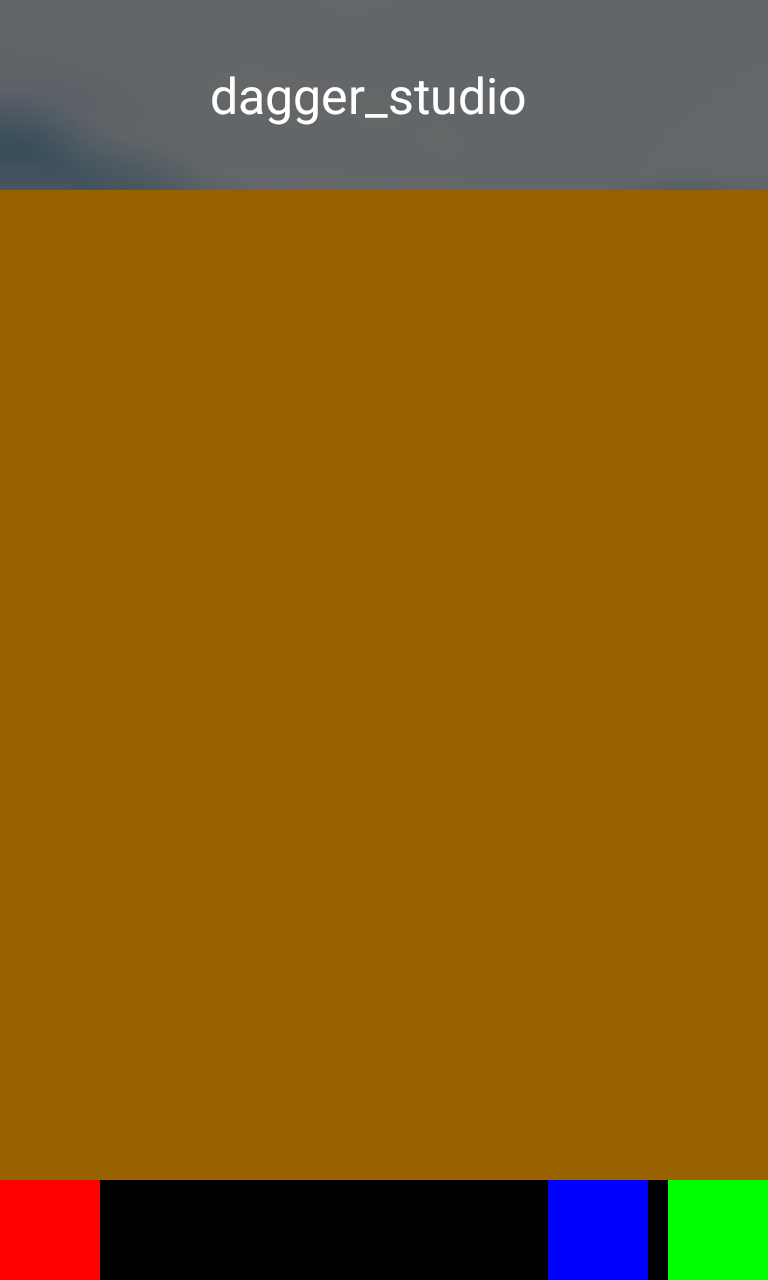
Repository: zhaoguoquan94/Purified
Layout: Android/Purified/res/layout/activity_main_drawer.xml
The author's editor kept a copy of each file at every save. The layout is drawn from the files as they stood at one save, then again after the next save.
It is drawn on a 768 x 1280 px phone screen (xhdpi) without system bars, with theme android:Theme; the app's code is not run.

Above is the layout before, as saved 2014-07-02 06:38:50.

### Android/Purified/res/layout/activity_main_drawer.xml
<?xml version="1.0" encoding="utf-8"?>
<LinearLayout xmlns:android="http://schemas.android.com/apk/res/android"
    android:layout_width="match_parent"
    android:layout_height="match_parent"
    android:background="@drawable/drawer_back"
    android:orientation="vertical" >

    <LinearLayout
        android:id="@+id/drawer_header"
        android:layout_width="match_parent"
        android:layout_height="95dp"
        android:layout_gravity="center"
        android:orientation="horizontal" >

        <ImageView
            android:id="@+id/avatar_drawer"
            android:layout_width="75dp"
            android:layout_height="75dp"
            android:layout_margin="10dp"
            />

        <TextView
            android:id="@+id/username_drawer"
            android:layout_width="wrap_content"
            android:layout_height="wrap_content"
            android:layout_gravity="center"
            android:layout_marginLeft="10dp"
            android:text="dagger_studio"
            android:textColor="#FFFFFF"
            android:textSize="25sp" />
    </LinearLayout>


    <ScrollView
        android:id="@+id/scroller_drawer"
        android:layout_width="match_parent"
        android:layout_height="match_parent"
        android:layout_weight="0.44"
        android:background="#986200"
        >
    </ScrollView>
    <!-- 中部滚动目录 -->

    <RelativeLayout
        android:layout_width="match_parent"
        android:layout_height="50dp"
        android:background="#000000"
        android:id="@+id/bottomBar_drawer"
		>

        <Button
            android:id="@+id/settingButton_drawer"
            android:layout_width="50dp"
            android:layout_height="50dp"
            android:layout_gravity="left"
            android:background="#FF0000" />

        <Button
            android:id="@+id/refreshButton_drawer"
            android:layout_width="50dp"
            android:layout_height="50dp"
			android:layout_alignParentTop="true"
            android:layout_toLeftOf="@+id/searchButton_drawer"
            android:layout_marginRight="10dp"
            android:background="#0000FF" />

        <Button
            android:id="@+id/searchButton_drawer"
            android:layout_width="50dp"
            android:layout_height="50dp"
			android:layout_alignParentRight="true"
            android:layout_alignParentTop="true"
            android:background="#00FF00" />

    </RelativeLayout>
    <!-- 底部控制元件横栏 -->

</LinearLayout>

After the next save:
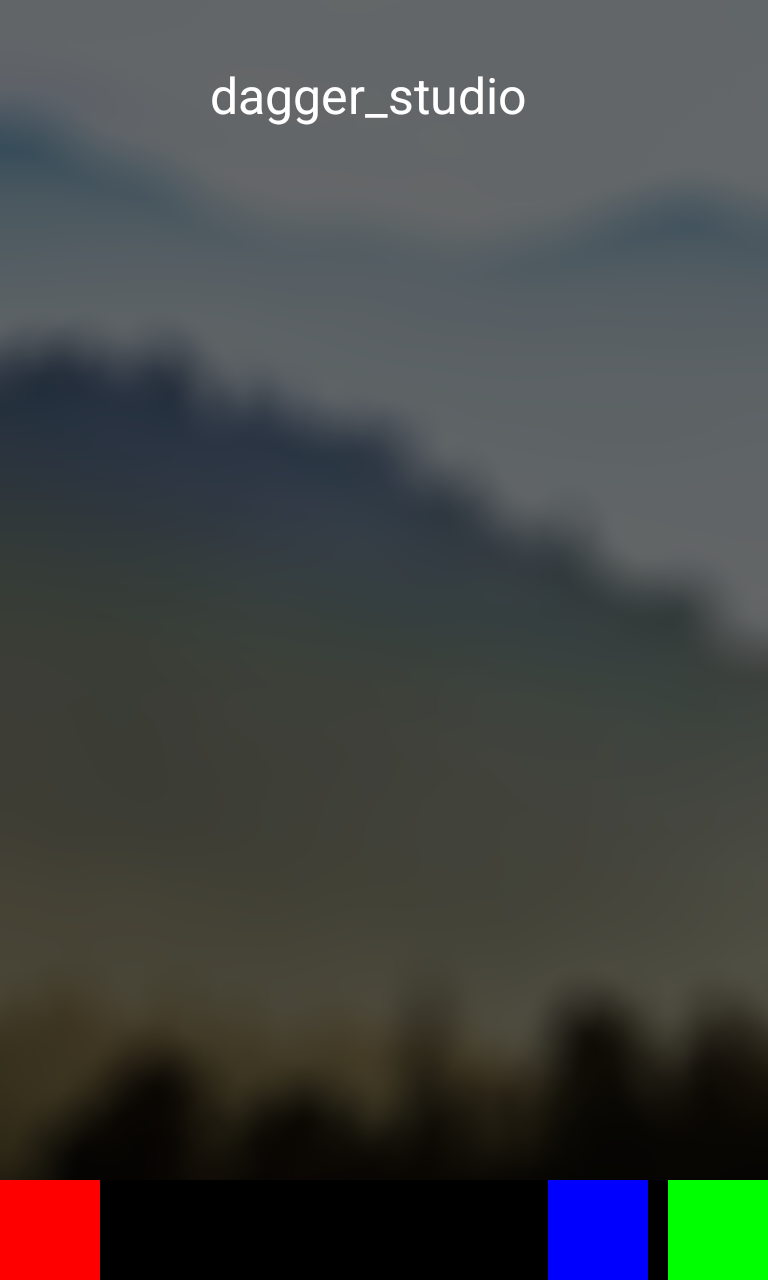
Saved 33 s later.
--- a/Android/Purified/res/layout/activity_main_drawer.xml
+++ b/Android/Purified/res/layout/activity_main_drawer.xml
@@ -36,7 +36,6 @@
         android:layout_width="match_parent"
         android:layout_height="match_parent"
         android:layout_weight="0.44"
-        android:background="#986200"
         >
     </ScrollView>
     <!-- 中部滚动目录 -->
